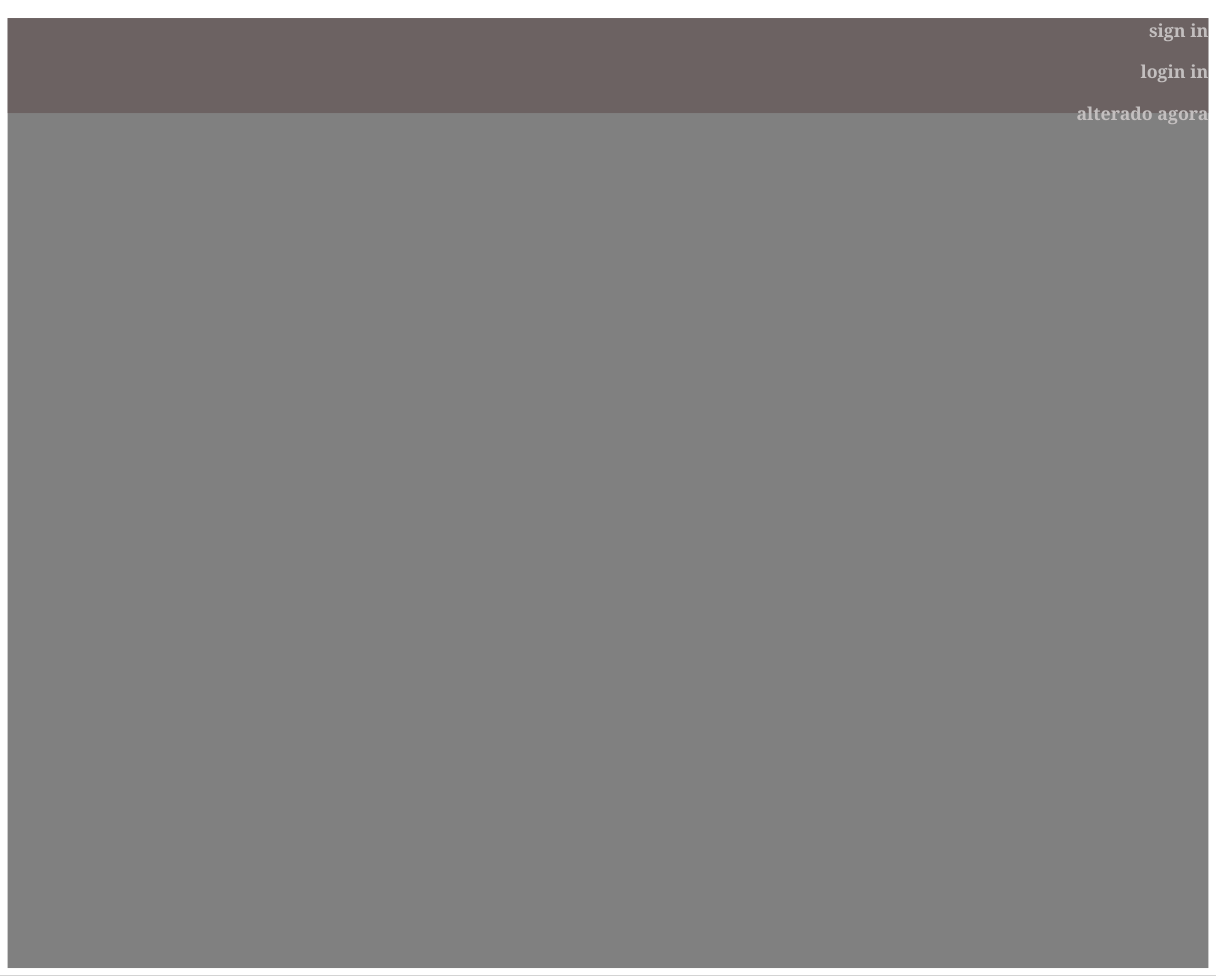
Repository: iraiore/trabalho-web-i-anime
Page: index.html
These files come from the project's save history. The page is drawn as it stood at one moment and after a run of saves; the edit follows.
The browser window is 1280 px wide. The pictures show the whole page, at 95% of full size.

Above is the page before, as saved 2023-08-28 21:19:02.

After the next 4 saves:
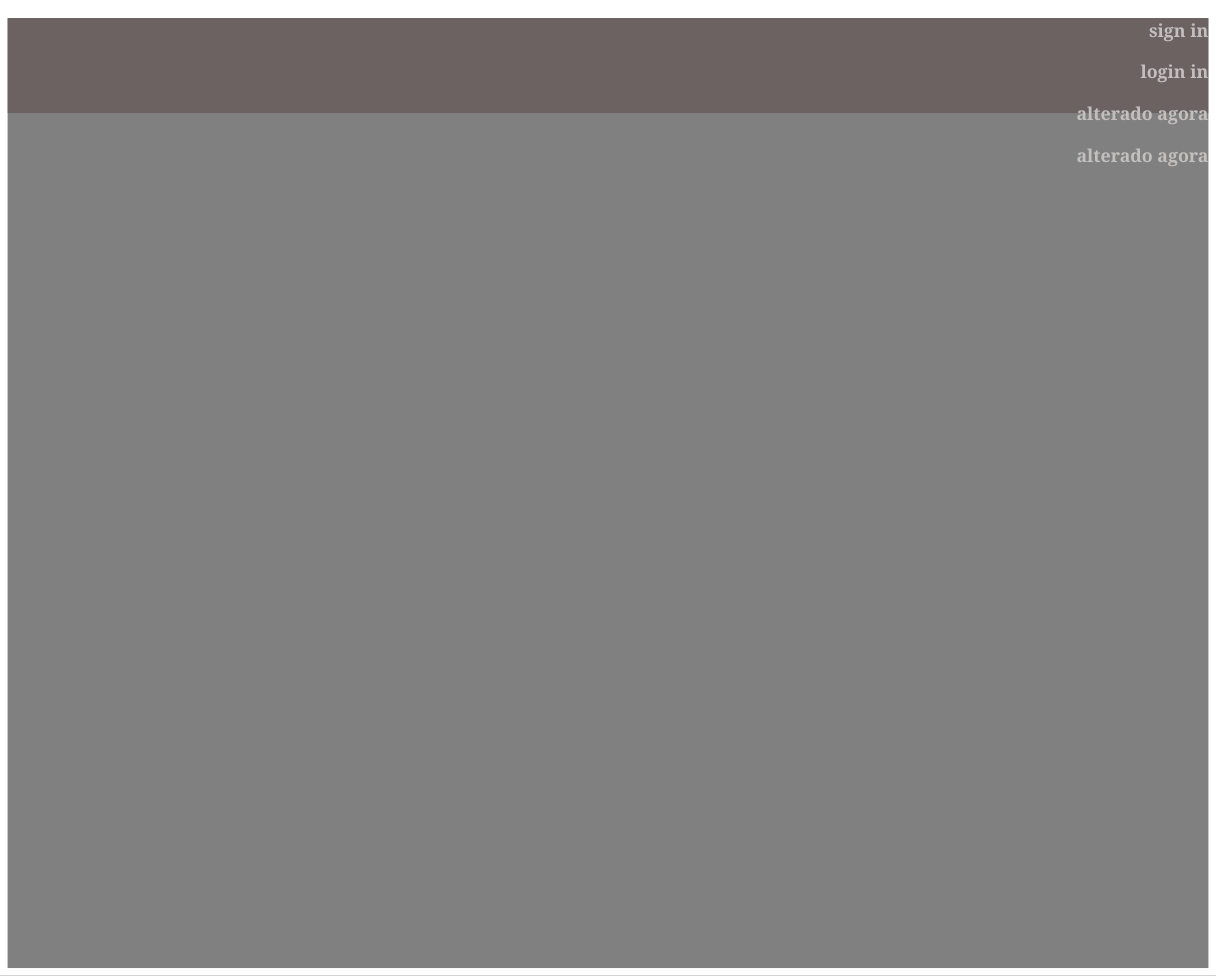
The 4 saves are shown as one change because they came seconds apart.
The last was saved 2 min 15 s later.
--- a/index.html
+++ b/index.html
@@ -13,6 +13,7 @@
             <h3 id="register-login">sign in</h3>
             <h3 id="register-login">login in</h3>
             <h3 id="register-login">alterado agora</h3>
+            <h3 id="register-login">alterado agora</h3>
 
         </div>
 
